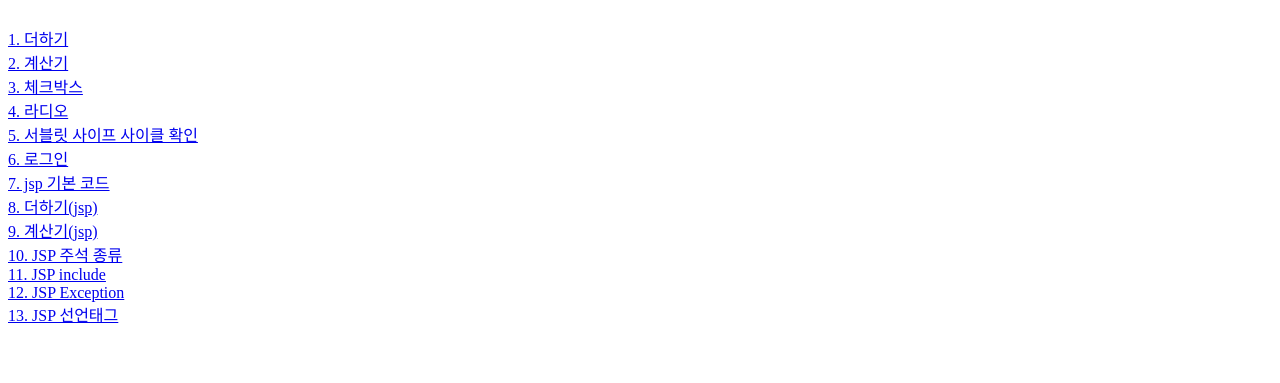
Repository: minimelody/servlet
Page: webworkspace2/web1/WebContent/index.html
An editor plug-in stored every save of this project. The page is shown before and after the next save, followed by the edit.
The browser window is 1280 px wide. The pictures show the whole page.

Above is the page before, as saved 2018-05-21 02:18:12.

After the next save:
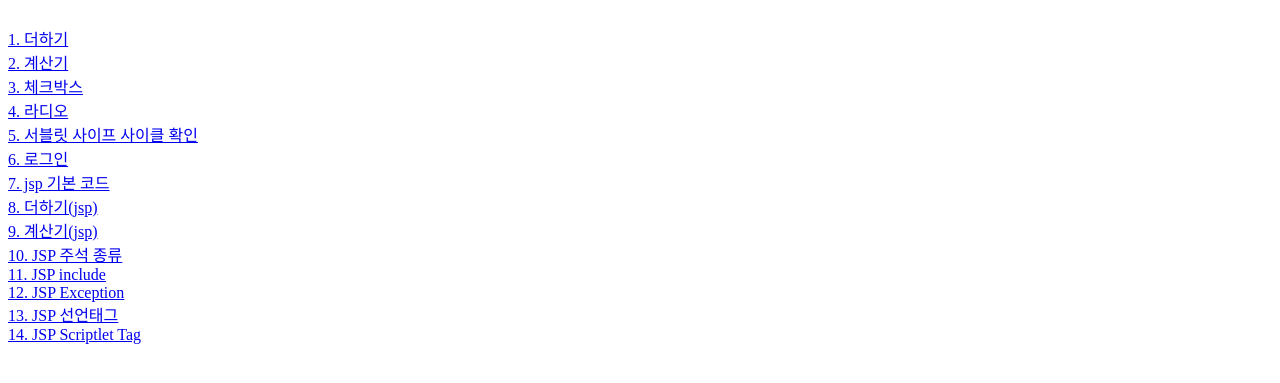
Saved 4 min 54 s later.
--- a/webworkspace2/web1/WebContent/index.html
+++ b/webworkspace2/web1/WebContent/index.html
@@ -19,6 +19,7 @@
 	<a href="views/jsp/jspComment.jsp">10. JSP 주석 종류</a><br>
 	<a href="views/jsp/jspInclude.jsp">11. JSP include</a><br>
 	<a href="views/jsp/jspException.html">12. JSP Exception</a><br>
-	<a href="views/jsp/jspDeclaration.jsp">13. JSP 선언태그</a>
+	<a href="views/jsp/jspDeclaration.jsp">13. JSP 선언태그</a><br>
+	<a href="views/jsp/jspScriptlet.html">14. JSP Scriptlet Tag</a>
 </body>
 </html>
